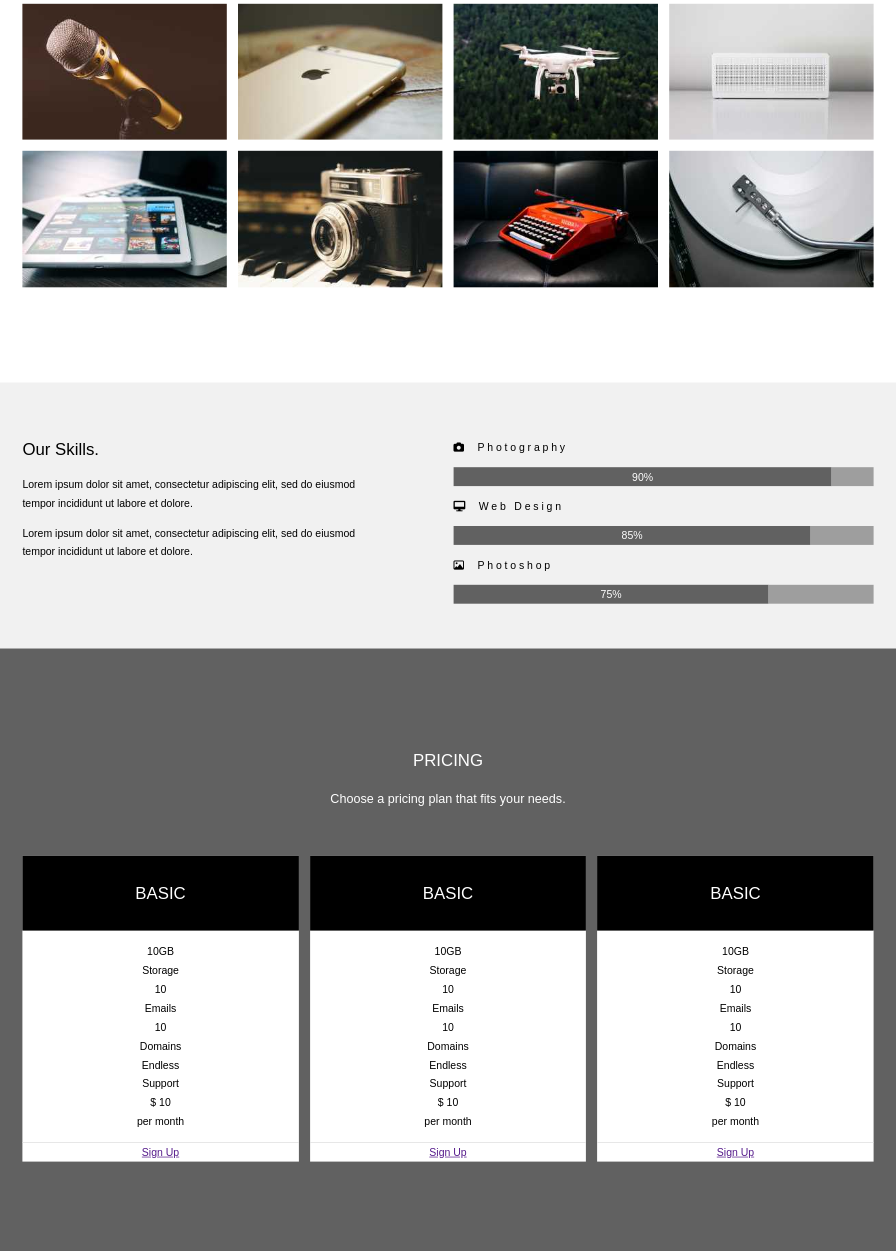
Repository: husterDC/Test
Page: index.html
The author's editor kept a copy of each file at every save. The page is drawn from the files as they stood at one save, then again after the next save.
The browser window is 1280 px wide. The pictures show the part of the page from y = 3698 to 5618 px (the page is 5486 px tall before and 5618 px after), at 70% of full size.

Above is the page before, as saved 2022-10-14 11:22:03.

After the next save:
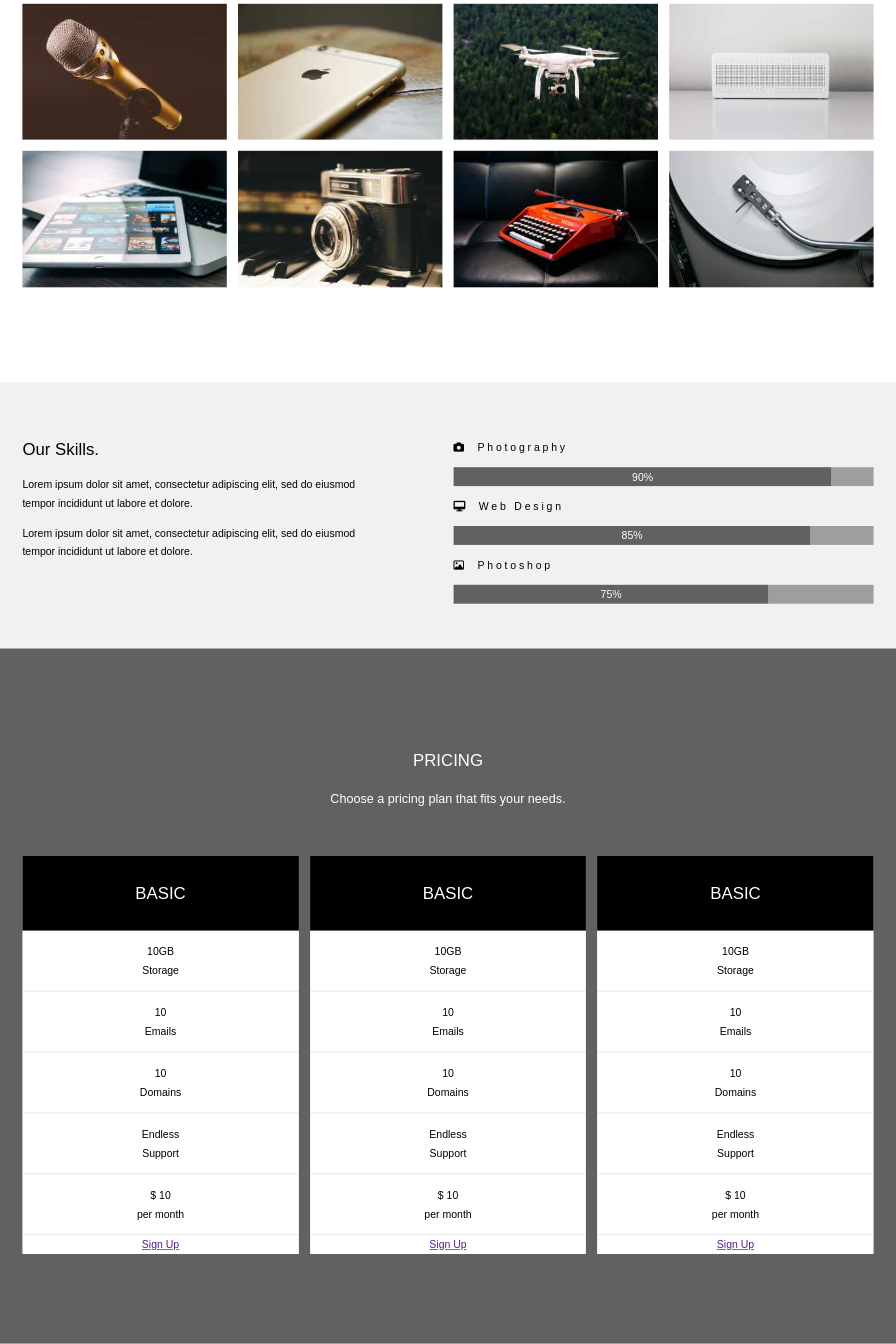
Saved 28 s later.
--- a/assets/style.css
+++ b/assets/style.css
@@ -358,7 +358,7 @@
     color: #fff;
     background-color: #000;
 }
-.container_pricing-item-content {
+.container_pricing-item-infor {
     padding: 16px;
     border-bottom: 1px solid #ddd;
 }
